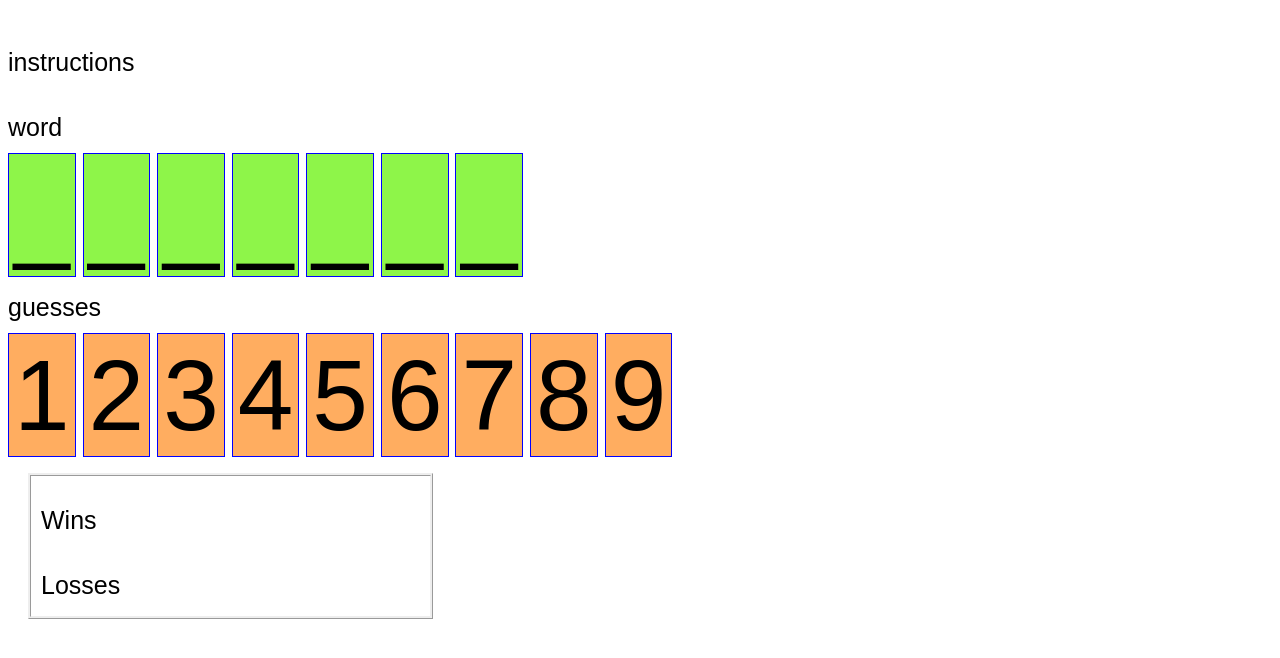
Repository: dsaftler/JavaScript
Page: index.html
The author's editor kept a copy of each file at every save. The page is drawn from the files as they stood at one save, then again after the next save.
The browser window is 1280 px wide. The pictures show the whole page.

Above is the page before, as saved 2019-03-28 17:27:12.

### index.html
<!DOCTYPE html>
<html lang="en">
<head>
  <meta charset="UTF-8">
  <meta name="viewport" content="width=device-width, initial-scale=1.0">
  <meta http-equiv="X-UA-Compatible" content="ie=edge">
  <link href="https://fonts.googleapis.com/css?family=Ubuntu+Mono" rel="stylesheet">
  <link rel="stylesheet" href="assets\css\style.css">
  <title>JavaScript Hangman Game</title>
</head>
<body>
    <div class="container showtext">
        <div class="instructions showtext">instructions</div>
        <div class="word showtext">word</div>
         <div class="letter match" id="chr_0">_</div>
         <div class="letter match" id="chr_1">_</div>
         <div class="letter match" id="chr_2">_</div>
         <div class="letter match" id="chr_3">_</div>
         <div class="letter match" id="chr_4">_</div>
         <div class="letter match" id="chr_5">_</div>
         <div class="letter match" id="chr_6">_</div>


        <div class="guesses showtext">guesses</div>

        <div class="letter guessed" id="guess_0">1</div>
        <div class="letter guessed" id="guess_1">2</div>
        <div class="letter guessed" id="guess_2">3</div>
        <div class="letter guessed" id="guess_3">4</div>
        <div class="letter guessed" id="guess_4">5</div>
        <div class="letter guessed" id="guess_5">6</div>
        <div class="letter guessed" id="guess_6">7</div>
        <div class="letter guessed" id="guess_7">8</div>
        <div class="letter guessed" id="guess_8">9</div>


      <div class="score">
      <div class="showtext" id="showWins">Wins</div>
      <div class="showtext" id="showLosses">Losses</div>
      </div>
      </div>



<script type="text/javascript" src="assets/javascript/game.js"></script>
</body>
</html>

### assets/css/style.css
body {font-family: 'Ubuntu', sans-serif;}
.showtext {height:35px;
padding: 20px 0 10px;
font-size: 25px;}
.letter {font-size: 100px;
  display: inline;
  padding: 5px;}
.match {
  border: 1px solid blue;
  background-color: rgb(142, 245, 73)}
.guessed {
  font-weight:100;
  border: 1px solid blue;
  background-color: rgb(255, 173, 96)}
.score{
  margin-top: 20px;
  margin-left: 20px;
  padding:10px;
  height:120px;
  width: 30%;
  border-style: ridge}

### assets/javascript/game.js
// Variables
var  wordArr = ["unicorn","griffin","dragon","mermaid","centaur","pegasus"];
// for (var i=0; i<wordArr.length; i++){
//   console.log(wordArr[i]);
// }
var id="cntWins";
var id="curCntGuess";
var id="ltr_0"
 id="ltr_1",
 id="ltr_2",
 id="ltr_3",
 id="ltr_4",
 id="ltr_5",
 id="ltr_6";

 var id="ltrTried_0"
 id="ltrTried_1",
 id="ltrTried_2",
 id="ltrTried_3",
 id="ltrTried_4",
 id="ltrTried_5",
 id="ltrTried_6",
 id="ltrTried_7",
 id="ltrTried_8",
 id="ltrTried_9" ;
var  cntWins=0;

// within the game
// while wordArr.length>0
 var curPtr=0, curCntGuess = 0;
 var curLetter="",curWord="";
// curPtr= .... select a random word
//curWordArr = array the word at that index
for (var i=0; i<curWord.length; i++){
  // console.log(thisWord.charAt([i]));
  //fruits.push("Kiwi")
  curWordArr.push(curWord.charAt([i]));
}
// intialize badGuess as empy array
var badGuess = [], curWordArr=[];
// whil curCntGuess < 10
 // get a keypress to curLetter
 // if escape, exit

 // increment curCntGuess
 curCntGuess++
//See if that letter was already chosen by parsing badGuess
for (var j=0; j<badGuess.length; j++);
  // alert?  maybe make that letter change color?
//  else

    // for every letter in curWord, see if that letter exists at that index  charAt(index)
    // if so, pop that into correct index in curWordArr
    // for (var i=0; i<curWordArr.length; i++){
    // if index [i]is is blank
      //curWordArr[i]=curLetter
      //set getElementId for that index (see if I can create a variable "ltr_"+(toString([i]))
      // now compare the word in curWordArr with curWord
      // ===
      // Alert :You Won
      // show image
      // id="cntWins"
      // remove that word from the array wordARR

    //else
       // restart the game

 // else
    // pop that letter into the badGuess array
    // push content for ltrTried ids

After the next save:
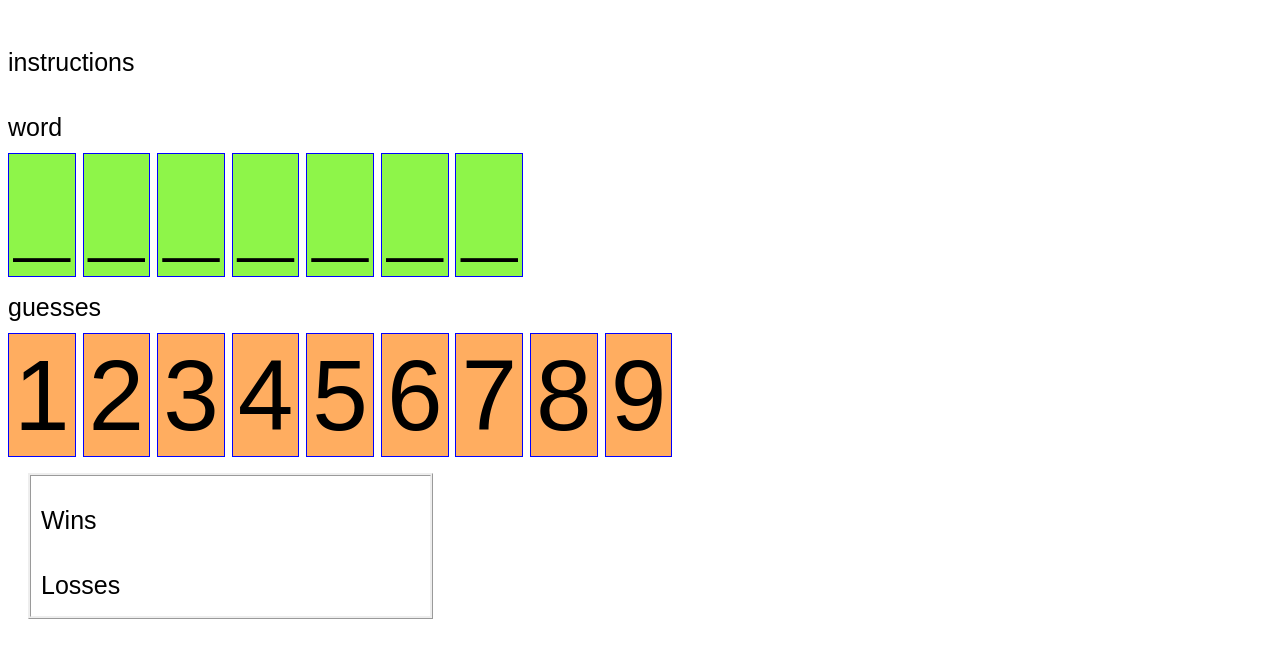
Saved 90 s later.
--- a/assets/css/style.css
+++ b/assets/css/style.css
@@ -6,10 +6,11 @@ font-size: 25px;}
   display: inline;
   padding: 5px;}
 .match {
+  font-weight:bold;
   border: 1px solid blue;
   background-color: rgb(142, 245, 73)}
 .guessed {
-  font-weight:100;
+  font-weight:normal;
   border: 1px solid blue;
   background-color: rgb(255, 173, 96)}
 .score{
